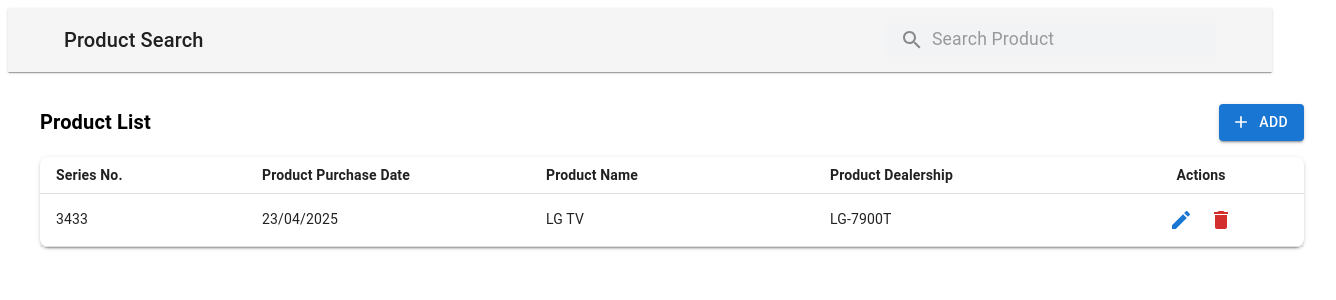
Repository: Sharathguru/Product_Task
Page: / (app in Frontend/)
The author's editor kept a copy of each file at every save. The page is drawn from the files as they stood at one save, then again after a run of saves.
The browser window is 1280 px wide. The page is 1336 px wide, so the pictures cover 1336 px, including what lies to the right of the window. The pictures show the whole page.
The project was rebuilt for these pictures with package versions that can differ from the ones it lists, and the page was loaded fresh each time. Requests to the local data server were answered from the project's data file. Also part of the build but not shown: Frontend/vite.config.js, Frontend/src/index.css, Frontend/src/Pages/product.js, Frontend/src/Pages/Insert.jsx, Frontend/src/Pages/Update.jsx, Frontend/src/Pages/Delete.jsx.

Above is the page before, as saved 2025-06-13 16:17:27.

After the next 2 saves:
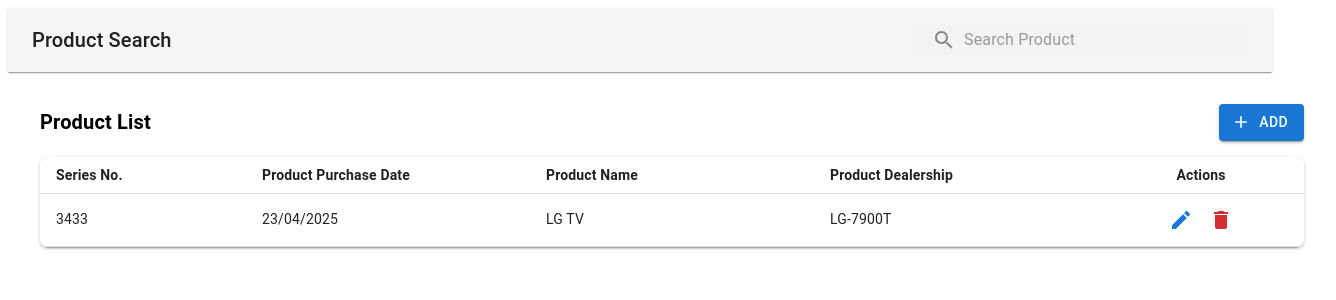
The 2 saves are shown as one change because they came seconds apart.
The last was saved 24 s later.
--- a/Frontend/src/Components/Navbar.jsx
+++ b/Frontend/src/Components/Navbar.jsx
@@ -5,54 +5,38 @@ import Typography from "@mui/material/Typography";
 import Box from "@mui/material/Box";
 import InputBase from "@mui/material/InputBase";
 import SearchIcon from "@mui/icons-material/Search";
-import Container from "@mui/material/Container";
-import useMediaQuery from "@mui/material/useMediaQuery";
-import { useTheme } from "@mui/material/styles";
 
 const Navbar = ({ search, setSearch }) => {
-  const theme = useTheme();
-  const isMobile = useMediaQuery(theme.breakpoints.down("sm"));
-
   return (
     <AppBar position="static" color="default" elevation={1}>
-      <Container maxWidth="lg" disableGutters>
-        <Toolbar
+      <Toolbar>
+        <Box sx={{ display: "flex", alignItems: "center", flexGrow: 1 }}>
+          <Typography variant="h6" color="inherit" noWrap>
+            Product Search
+          </Typography>
+        </Box>
+        <Box
           sx={{
-            flexDirection: isMobile ? "column" : "row",
-            alignItems: isMobile ? "flex-start" : "center",
-            gap: isMobile ? 2 : 0,
-            py: isMobile ? 1 : 0,
+            position: "relative",
+            borderRadius: 1,
+            backgroundColor: "#f1f3f4",
+            marginLeft: 0,
+            width: 300,
+            display: "flex",
+            alignItems: "center",
+            px: 2,
           }}
         >
-          <Box sx={{ display: "flex", alignItems: "center", flexGrow: 1 }}>
-            <Typography variant="h6" color="inherit" noWrap>
-              Product Search
-            </Typography>
-          </Box>
-          <Box
-            sx={{
-              position: "relative",
-              borderRadius: 1,
-              backgroundColor: "#f1f3f4",
-              width: isMobile ? "100%" : 300,
-              display: "flex",
-              alignItems: "center",
-              px: 2,
-              mt: isMobile ? 1 : 0,
-            }}
-          >
-            <SearchIcon sx={{ color: "#888", mr: 1 }} />
-            <InputBase
-              placeholder="Search Product"
-              inputProps={{ "aria-label": "search" }}
-              fullWidth
-              value={search}
-              onChange={(e) => setSearch(e.target.value)}
-              sx={{ fontSize: isMobile ? "1rem" : "1.1rem" }}
-            />
-          </Box>
-        </Toolbar>
-      </Container>
+          <SearchIcon sx={{ color: "#888", mr: 1 }} />
+          <InputBase
+            placeholder="Search Product"
+            inputProps={{ "aria-label": "search" }}
+            fullWidth
+            value={search}
+            onChange={(e) => setSearch(e.target.value)}
+          />
+        </Box>
+      </Toolbar>
     </AppBar>
   );
 };
